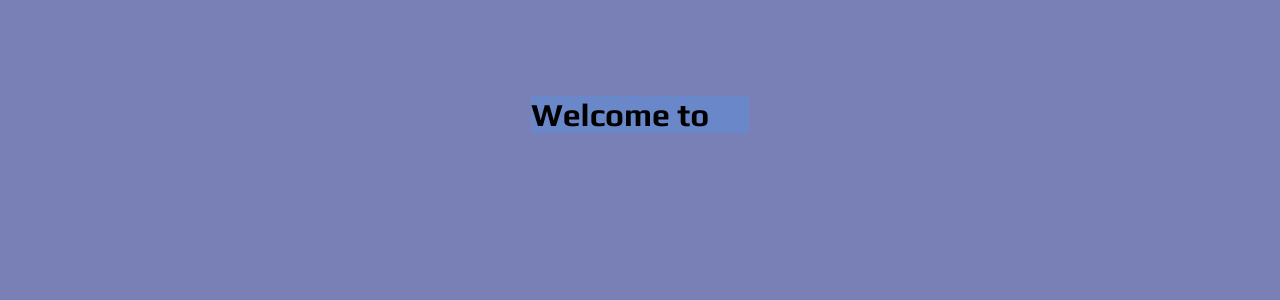
Repository: shaelorch/typeytalkey
Page: /
The author's editor kept a copy of each file at every save. The page is drawn from the files as they stood at one save, then again after the next save.
The browser window is 1280 px wide. The pictures show the whole page.
The project was rebuilt for these pictures with package versions that can differ from the ones it lists, and the page was loaded fresh each time. The framework's server and built-in components were replaced by stand-ins that run in the browser. Also part of the build but not shown: next.config.js.

Above is the page before, as saved 2023-02-24 14:27:05.

### src/pages/index.js
import Head from 'next/head'
import Image from 'next/image'
import { Inter } from '@next/font/google'
import styles from '@/styles/Home.module.css'

const inter = Inter({ subsets: ['latin'] })

export default function Home() {
  return (
    <>
      <Head>
        <title>Create Next App</title>
        <meta name="description" content="Generated by create next app" />
        <meta name="viewport" content="width=device-width, initial-scale=1" />
        <link rel="icon" href="/favicon.ico" />
      </Head>
      <main className={styles.main}>
        <div style={{backgroundColor:"#6987C9", width:"20%"}}>
        <h1>Welcome to  </h1>
        </div>

      </main>
    </>
  )
}

### src/styles/globals.css
@import url('https://fonts.googleapis.com/css2?family=Play:wght@400;700&display=swap');

:root {
  --max-width: 1100px;
  --border-radius: 12px;
  --font-mono: ui-monospace, Menlo, Monaco, 'Cascadia Mono', 'Segoe UI Mono',
    'Roboto Mono', 'Oxygen Mono', 'Ubuntu Monospace', 'Source Code Pro',
    'Fira Mono', 'Droid Sans Mono', 'Courier New', monospace;

  --foreground-rgb: 0, 0, 0;
  --background-start-rgb: 214, 219, 220;
  --background-end-rgb: 255, 255, 255;

  --primary-glow: conic-gradient(
    from 180deg at 50% 50%,
    #16abff33 0deg,
    #0885ff33 55deg,
    #54d6ff33 120deg,
    #0071ff33 160deg,
    transparent 360deg
  );
  --secondary-glow: radial-gradient(
    rgba(255, 255, 255, 1),
    rgba(255, 255, 255, 0)
  );

  --tile-start-rgb: 239, 245, 249;
  --tile-end-rgb: 228, 232, 233;
  --tile-border: conic-gradient(
    #00000080,
    #00000040,
    #00000030,
    #00000020,
    #00000010,
    #00000010,
    #00000080
  );

  --callout-rgb: 238, 240, 241;
  --callout-border-rgb: 172, 175, 176;
  --card-rgb: 180, 185, 188;
  --card-border-rgb: 131, 134, 135;
}

@media (prefers-color-scheme: dark) {
  :root {
    --foreground-rgb: 255, 255, 255;
    --background-start-rgb: 0, 0, 0;
    --background-end-rgb: 0, 0, 0;

    --primary-glow: radial-gradient(rgba(1, 65, 255, 0.4), rgba(1, 65, 255, 0));
    --secondary-glow: linear-gradient(
      to bottom right,
      rgba(1, 65, 255, 0),
      rgba(1, 65, 255, 0),
      rgba(1, 65, 255, 0.3)
    );

    --tile-start-rgb: 2, 13, 46;
    --tile-end-rgb: 2, 5, 19;
    --tile-border: conic-gradient(
      #ffffff80,
      #ffffff40,
      #ffffff30,
      #ffffff20,
      #ffffff10,
      #ffffff10,
      #ffffff80
    );

    --callout-rgb: 20, 20, 20;
    --callout-border-rgb: 108, 108, 108;
    --card-rgb: 100, 100, 100;
    --card-border-rgb: 200, 200, 200;
  }
}

* {
  box-sizing: border-box;
  padding: 0;
  margin: 0;
}

html,
body {
  max-width: 100vw;
  overflow-x: hidden;
}

body {
  color: rgb(var(--foreground-rgb));
  background: linear-gradient(
      to bottom,
      transparent,
      rgb(var(--background-end-rgb))
    )
    rgb(var(--background-start-rgb));
}

a {
  color: inherit;
  text-decoration: none;
}

@media (prefers-color-scheme: dark) {
  html {
    color-scheme: dark;
  }
}

### src/styles/Home.module.css
.main {
  display: flex;
  flex-direction: column;
  justify-content: space-between;
  align-items: center;
  padding: 6rem;
  background-color: #7880B5;
  font-family:play, sans-serif;
  min-height: 100vh;
}

.serverCont {

  display:flex;
    height:50px;
    margin-bottom:20px;
    margin-top:20px;
    color:white;
    width:60%;
    font-weight:bold;
    font-family: play, sans-serif;
    padding:10px;
    border-bottom:1px solid white;
    width:100%;

}
.description {
  display: inherit;
  justify-content: inherit;
  align-items: inherit;
  font-size: 0.85rem;
  max-width: var(--max-width);
  width: 100%;
  z-index: 2;
  font-family: var(--font-mono);
}

.description a {
  display: flex;
  justify-content: center;
  align-items: center;
  gap: 0.5rem;
}

.description p {
  position: relative;
  margin: 0;
  padding: 1rem;
  background-color: rgba(var(--callout-rgb), 0.5);
  border: 1px solid rgba(var(--callout-border-rgb), 0.3);
  border-radius: var(--border-radius);
}

.code {
  font-weight: 700;
  font-family: var(--font-mono);
}

.grid {
  display: grid;
  grid-template-columns: repeat(4, minmax(25%, auto));
  width: var(--max-width);
  max-width: 100%;
}

.card {
  padding: 1rem 1.2rem;
  border-radius: var(--border-radius);
  background: rgba(var(--card-rgb), 0);
  border: 1px solid rgba(var(--card-border-rgb), 0);
  transition: background 200ms, border 200ms;
}

.card span {
  display: inline-block;
  transition: transform 200ms;
}

.card h2 {
  font-weight: 600;
  margin-bottom: 0.7rem;
}

.card p {
  margin: 0;
  opacity: 0.6;
  font-size: 0.9rem;
  line-height: 1.5;
  max-width: 30ch;
}

.center {
  display: flex;
  justify-content: center;
  align-items: center;
  position: relative;
  padding: 4rem 0;
}

.center::before {
  background: var(--secondary-glow);
  border-radius: 50%;
  width: 480px;
  height: 360px;
  margin-left: -400px;
}

.center::after {
  background: var(--primary-glow);
  width: 240px;
  height: 180px;
  z-index: -1;
}

.center::before,
.center::after {
  content: '';
  left: 50%;
  position: absolute;
  filter: blur(45px);
  transform: translateZ(0);
}

.logo,
.thirteen {
  position: relative;
}

.thirteen {
  display: flex;
  justify-content: center;
  align-items: center;
  width: 75px;
  height: 75px;
  padding: 25px 10px;
  margin-left: 16px;
  transform: translateZ(0);
  border-radius: var(--border-radius);
  overflow: hidden;
  box-shadow: 0px 2px 8px -1px #0000001a;
}

.thirteen::before,
.thirteen::after {
  content: '';
  position: absolute;
  z-index: -1;
}

/* Conic Gradient Animation */
.thirteen::before {
  animation: 6s rotate linear infinite;
  width: 200%;
  height: 200%;
  background: var(--tile-border);
}

/* Inner Square */
.thirteen::after {
  inset: 0;
  padding: 1px;
  border-radius: var(--border-radius);
  background: linear-gradient(
    to bottom right,
    rgba(var(--tile-start-rgb), 1),
    rgba(var(--tile-end-rgb), 1)
  );
  background-clip: content-box;
}

/* Enable hover only on non-touch devices */
@media (hover: hover) and (pointer: fine) {
  .card:hover {
    background: rgba(var(--card-rgb), 0.1);
    border: 1px solid rgba(var(--card-border-rgb), 0.15);
  }

  .card:hover span {
    transform: translateX(4px);
  }
}

@media (prefers-reduced-motion) {
  .thirteen::before {
    animation: none;
  }

  .card:hover span {
    transform: none;
  }
}

/* Mobile */
@media (max-width: 700px) {
  .content {
    padding: 4rem;
  }

  .grid {
    grid-template-columns: 1fr;
    margin-bottom: 120px;
    max-width: 320px;
    text-align: center;
  }

  .card {
    padding: 1rem 2.5rem;
  }

  .card h2 {
    margin-bottom: 0.5rem;
  }

  .center {
    padding: 8rem 0 6rem;
  }

  .center::before {
    transform: none;
    height: 300px;
  }

  .description {
    font-size: 0.8rem;
  }

  .description a {
    padding: 1rem;
  }

  .description p,
  .description div {
    display: flex;
    justify-content: center;
    position: fixed;
    width: 100%;
  }

  .description p {
    align-items: center;
    inset: 0 0 auto;
    padding: 2rem 1rem 1.4rem;
    border-radius: 0;
    border: none;
    border-bottom: 1px solid rgba(var(--callout-border-rgb), 0.25);
    background: linear-gradient(
      to bottom,
      rgba(var(--background-start-rgb), 1),
      rgba(var(--callout-rgb), 0.5)
    );
    background-clip: padding-box;
    backdrop-filter: blur(24px);
  }

  .description div {
    align-items: flex-end;
    pointer-events: none;
    inset: auto 0 0;
    padding: 2rem;
    height: 200px;
    background: linear-gradient(
      to bottom,
      transparent 0%,
      rgb(var(--background-end-rgb)) 40%
    );
    z-index: 1;
  }
}

/* Tablet and Smaller Desktop */
@media (min-width: 701px) and (max-width: 1120px) {
  .grid {
    grid-template-columns: repeat(2, 50%);
  }
}

@media (prefers-color-scheme: dark) {
  .vercelLogo {
    filter: invert(1);
  }

  .logo,
  .thirteen img {
    filter: invert(1) drop-shadow(0 0 0.3rem #ffffff70);
  }
}

@keyframes rotate {
  from {
    transform: rotate(360deg);
  }
  to {
    transform: rotate(0deg);
  }
}

Loaded but not shown: src/pages/_app.js (common file); src/pages/_document.js (common file)

After the next save:
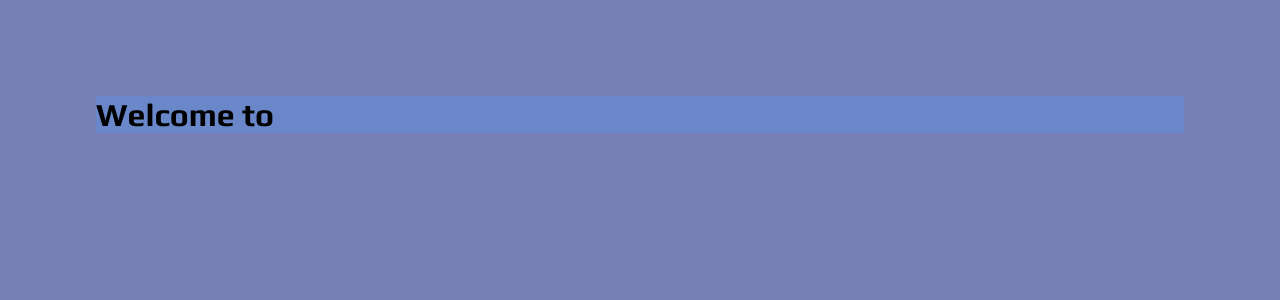
Saved 4 s later.
--- a/src/pages/index.js
+++ b/src/pages/index.js
@@ -15,7 +15,7 @@
         <link rel="icon" href="/favicon.ico" />
       </Head>
       <main className={styles.main}>
-        <div style={{backgroundColor:"#6987C9", width:"20%"}}>
+        <div style={{backgroundColor:"#6987C9", width:"100%"}}>
         <h1>Welcome to  </h1>
         </div>
 
